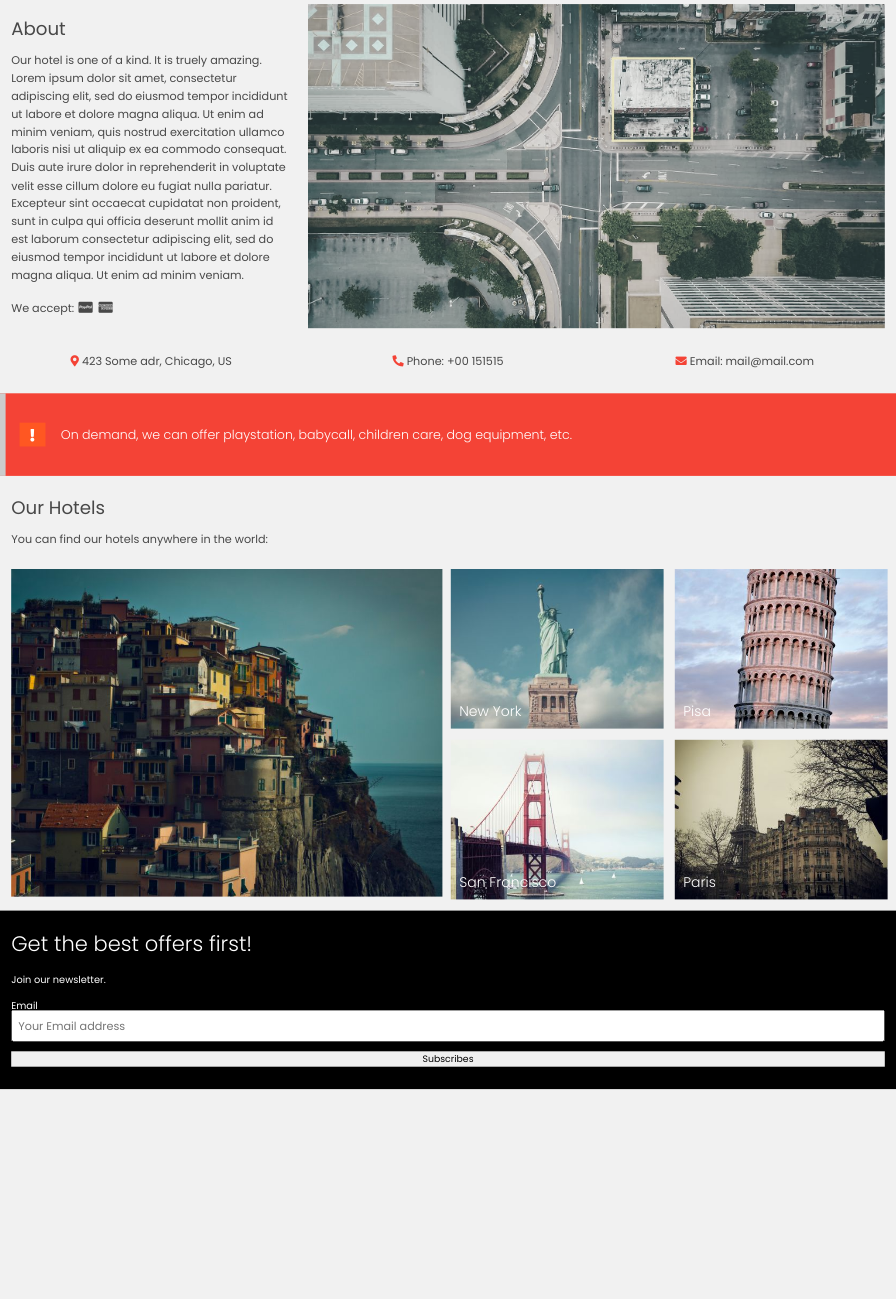
Repository: phamhuuloc/Travel_Template
Page: index.html
An editor plug-in stored every save of this project. The page is shown before and after the next save, followed by the edit.
The browser window is 1280 px wide. The pictures show the part of the page from y = 1547 to 3467 px (the page is 3403 px tall before and 3467 px after), at 70% of full size.
The style sheet was rebuilt from its Sass, Less or Tailwind sources for each picture, by a compiler version that may differ from the author's.

Above is the page before, as saved 2021-09-18 16:04:48.

After the next save:
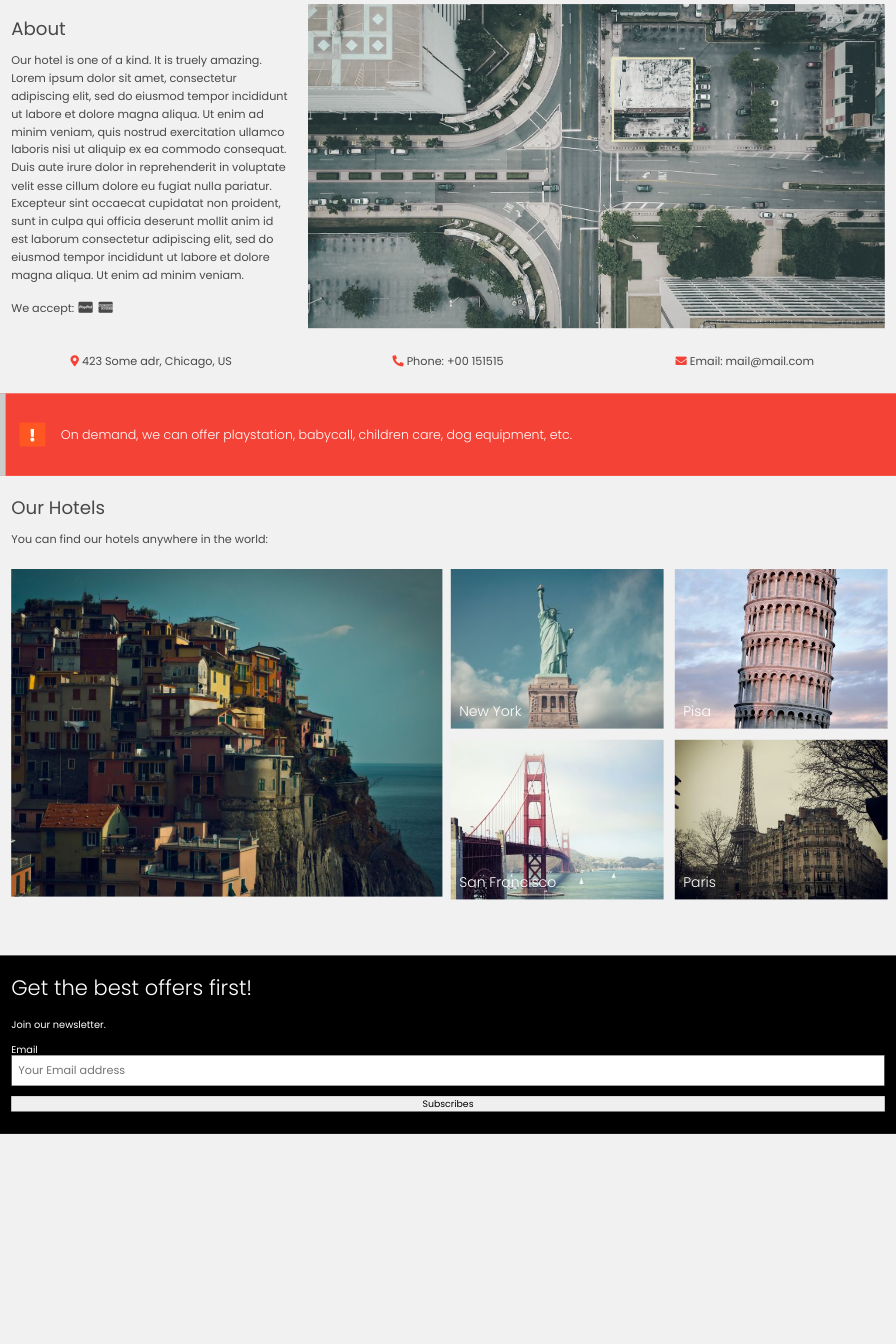
Saved 2 min 25 s later.
--- a/assets/main.scss
+++ b/assets/main.scss
@@ -293,6 +293,7 @@ sup {
 }
 .our-hotels {
   padding: 0 1.6rem;
+  margin-bottom: 6.4rem;
   &__title {
     font-size: 2.6rem;
     color: $text-color;
